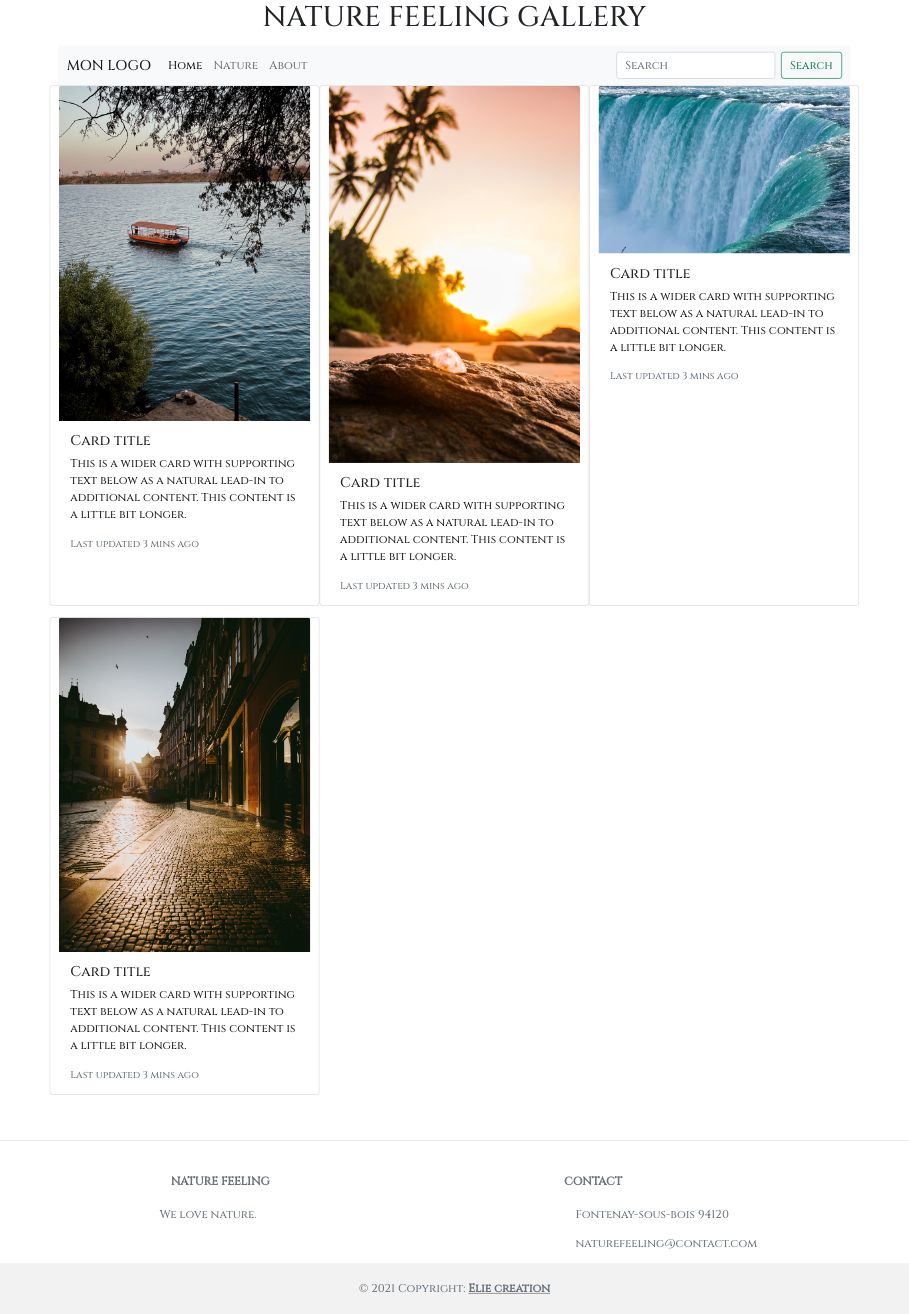
Repository: Elie-Dey/boot-start
Page: gallery.html
These files come from the project's save history. The page is drawn as it stood at one moment and after the next save; the edit follows.
The browser window is 1280 px wide. The pictures show the whole page, at 71% of full size.
Some web fonts or font styles are not loaded; a fallback is used.

Above is the page before, as saved 2021-08-19 18:56:05.

After the next save:
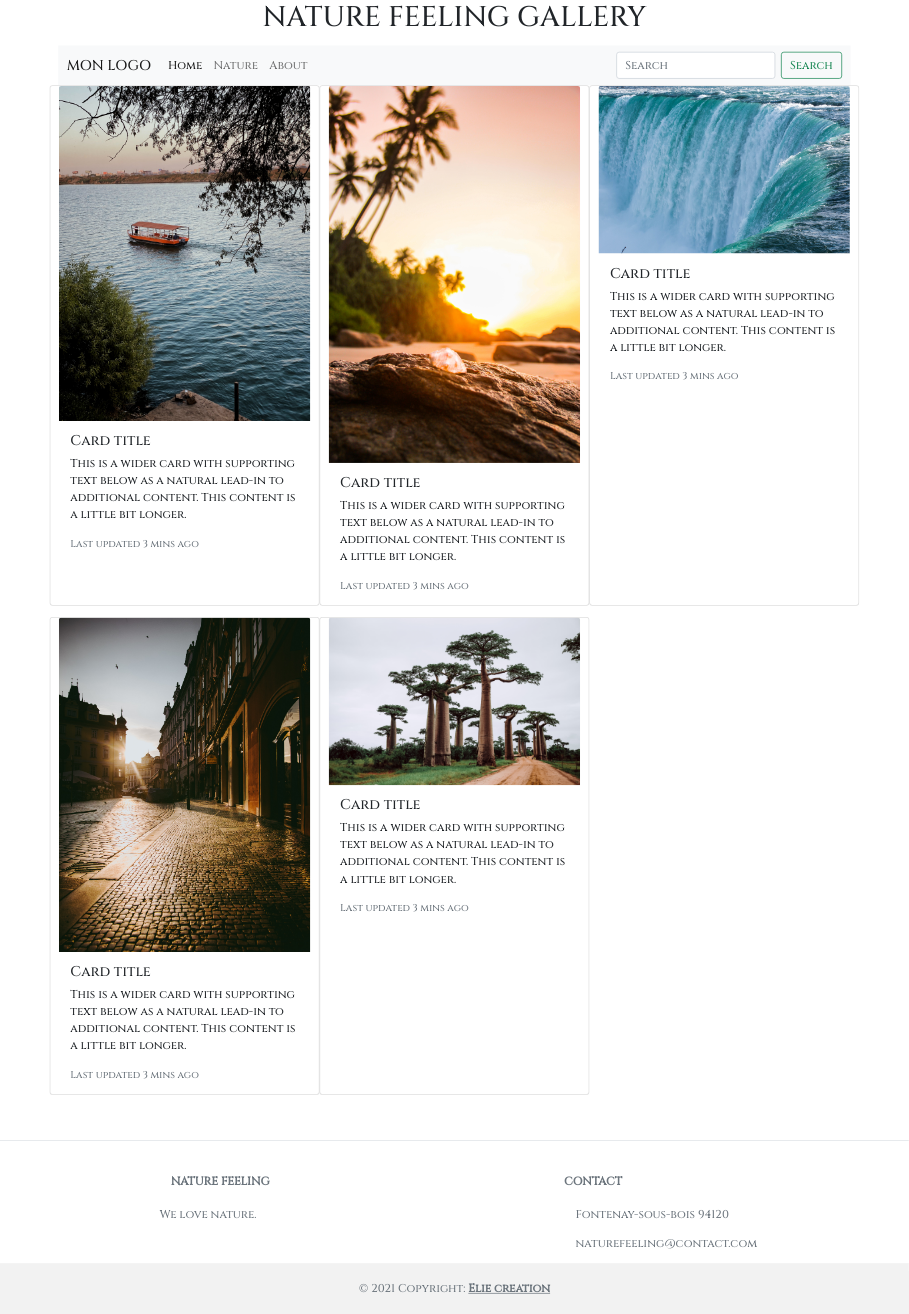
Saved 24 s later.
--- a/gallery.html
+++ b/gallery.html
@@ -144,6 +144,24 @@
             </p>
           </div>
         </div>
+        <div class="card mb-3 col-md-6 col-xl-4">
+          <img
+            src="images/graphic-node-yPSbirjJWzs-unsplash.jpg"
+            class="card-img-top"
+            alt="..."
+          />
+          <div class="card-body">
+            <h5 class="card-title">Card title</h5>
+            <p class="card-text">
+              This is a wider card with supporting text below as a natural
+              lead-in to additional content. This content is a little bit
+              longer.
+            </p>
+            <p class="card-text">
+              <small class="text-muted">Last updated 3 mins ago</small>
+            </p>
+          </div>
+        </div>
 
         <!--Images cards-->
       </div>
